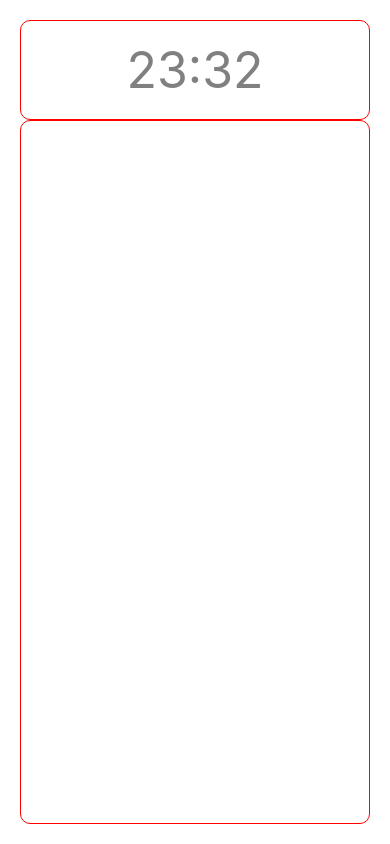
Repository: sonnke/imageResizer
Screen: /
The author's editor kept a copy of each file at every save. The screen is drawn from the files as they stood at one save, then again after the next save.
The app was drawn by React Native's web renderer in a window 390 px wide. The project was rebuilt for these pictures with package versions that can differ from the ones it lists, and the page was loaded fresh each time.

Above is the screen before, as saved 2020-02-02 13:14:07.

### App.tsx
import React from 'react';
import { StyleSheet, Text, View } from 'react-native';
import styled from 'styled-components/native';

const MainContainer = styled.View`
  flex: 1;
  flex-direction: column;
  align-items: center;
  justify-content: space-around;
  padding: 20px;
`;

const StopWatch = styled.View`
  width: 100%;
  height: 100px;
  border-width: 1px;
  border-color: red;
  border-radius: 10px;
  justify-content: center;
  align-items: center;
`;

const ImageContainer = styled.View`
  width: 100%;
  flex: 1;
  border-width: 1px;
  border-color: red;
  border-radius: 10px;
  justify-content: center;
  align-items: center;
`;

const SliderContainer = styled.View`
  flex: 1;
`;

const StopWatchText = styled.Text`
  font-size: 50px;
  color: grey;
`;

export default function App() {
  return (
    <MainContainer>
      <StopWatch>
        <StopWatchText>23:32</StopWatchText>
      </StopWatch>
      <ImageContainer></ImageContainer>
    </MainContainer>
  );
}

After the next save:
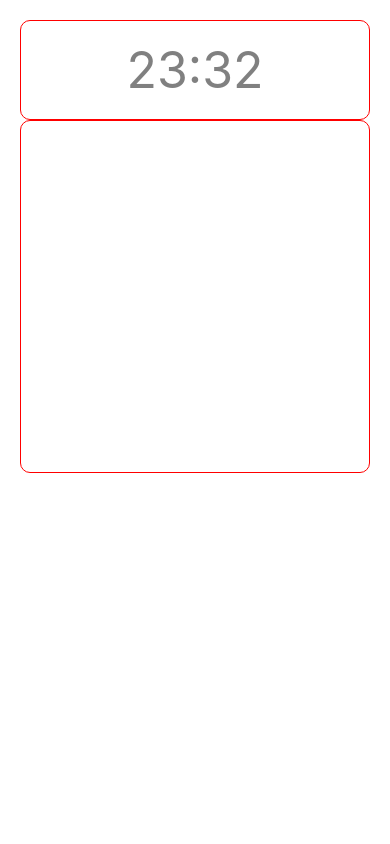
Saved 17 s later.
--- a/App.tsx
+++ b/App.tsx
@@ -46,6 +46,7 @@ export default function App() {
         <StopWatchText>23:32</StopWatchText>
       </StopWatch>
       <ImageContainer></ImageContainer>
+      <SliderContainer></SliderContainer>
     </MainContainer>
   );
 }
